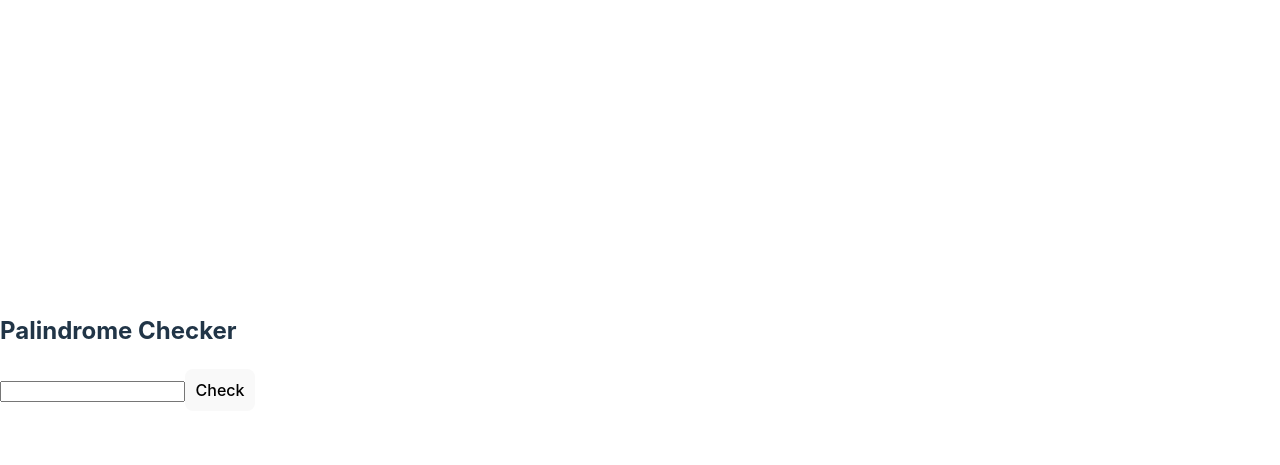
Repository: devblackie/palindrome
Page: /
These files come from the project's save history. The page is drawn as it stood at one moment and after the next save; the edit follows.
The browser window is 1280 px wide. The pictures show the whole page.
The project was rebuilt for these pictures with package versions that can differ from the ones it lists, and the page was loaded fresh each time. Also part of the build but not shown: vite.config.js.

Above is the page before, as saved 2023-08-22 15:29:24.

### index.html
<!doctype html>
<html lang="en">
  <head>
    <meta charset="UTF-8" />
    <link rel="icon" type="image/svg+xml" href="/vite.svg" />
    <meta name="viewport" content="width=device-width, initial-scale=1.0" />
    <title>Palindrome Checker</title>
  </head>
  <body>
    <div id="root"></div>
    <script type="module" src="/src/main.jsx"></script>
  </body>
</html>

### src/App.jsx
import React, { useState } from 'react';

function App() {
  const [inputText, setInputText] = useState('');
  const [result, setResult] = useState('');

  const checkPalindrome = (input) => {
    const reversed = input.split('').reverse().join('');
    if (input === reversed) {
      return true;
    } else {
      setResult(reversed);
      return false;
    }
  };

  const handleInputChange = (event) => {
    setInputText(event.target.value);
  };

  const handleSubmit = (event) => {
    event.preventDefault();
    const isPalindrome = checkPalindrome(inputText);
    if (isPalindrome) {
      setResult('It is a palindrome!');
    }
  };

  return (
    <div>
      <h2>Palindrome Checker</h2>
      <form onSubmit={handleSubmit}>
        <input type="text" value={inputText} onChange={handleInputChange} />
        <button type="submit">Check</button>
      </form>
      <p>{result}</p>
    </div>
  );
}

export default App;

### src/index.css
:root {
  font-family: Inter, system-ui, Avenir, Helvetica, Arial, sans-serif;
  line-height: 1.5;
  font-weight: 400;

  color-scheme: light dark;
  color: rgba(255, 255, 255, 0.87);
  background-color: #242424;

  font-synthesis: none;
  text-rendering: optimizeLegibility;
  -webkit-font-smoothing: antialiased;
  -moz-osx-font-smoothing: grayscale;
  -webkit-text-size-adjust: 100%;
}

a {
  font-weight: 500;
  color: #646cff;
  text-decoration: inherit;
}
a:hover {
  color: #535bf2;
}

body {
  margin: 0;
  display: flex;
  place-items: center;
  min-width: 320px;
  min-height: 100vh;
}

h1 {
  font-size: 3.2em;
  line-height: 1.1;
}

button {
  border-radius: 8px;
  border: 1px solid transparent;
  padding: 0.6em 0.6em;
  font-size: 1em;
  font-weight: 500;
  font-family: inherit;
  background-color: #1a1a1a;
  cursor: pointer;
  transition: border-color 0.25s;
}
button:hover {
  color:#d4c433;
}
button:focus,
button:focus-visible {
  outline: 4px auto transparent;
}

@media (prefers-color-scheme: light) {
  :root {
    color: #213547;
    background-color: #ffffff;
  }
  a:hover {
    color: #747bff;
  }
  button {
    background-color: #f9f9f9;
  }
}

Loaded but not shown: src/main.jsx (common file)

After the next save:
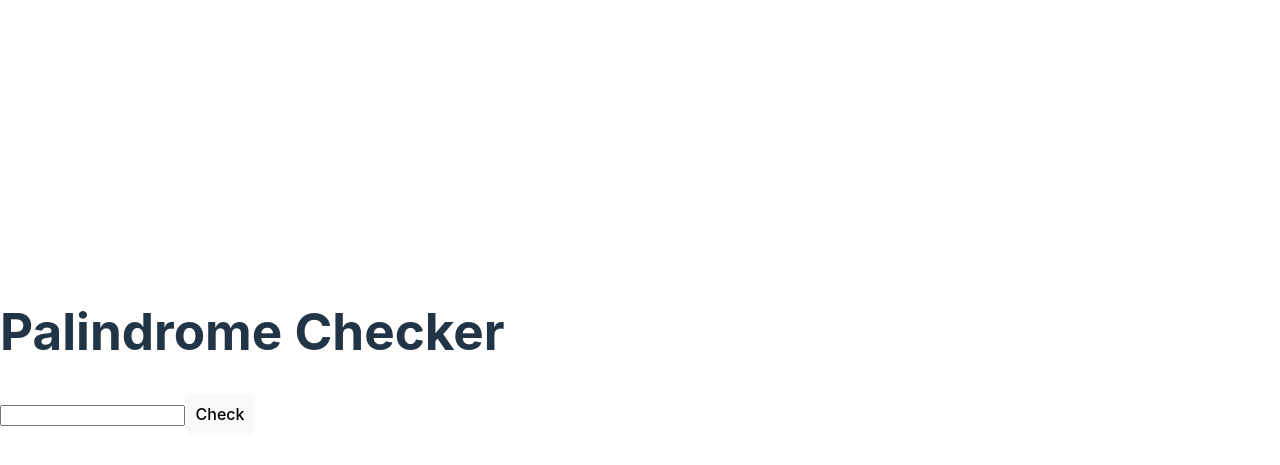
Saved 44 min 53 s later.
--- a/src/App.jsx
+++ b/src/App.jsx
@@ -7,10 +7,9 @@
   const checkPalindrome = (input) => {
     const reversed = input.split('').reverse().join('');
     if (input === reversed) {
-      return true;
+      setResult('It is a palindrome!');
     } else {
       setResult(reversed);
-      return false;
     }
   };
 
@@ -20,20 +19,28 @@
 
   const handleSubmit = (event) => {
     event.preventDefault();
-    const isPalindrome = checkPalindrome(inputText);
-    if (isPalindrome) {
-      setResult('It is a palindrome!');
-    }
+    checkPalindrome(inputText);
   };
 
   return (
     <div>
-      <h2>Palindrome Checker</h2>
+      <h1>Palindrome Checker</h1>
       <form onSubmit={handleSubmit}>
         <input type="text" value={inputText} onChange={handleInputChange} />
         <button type="submit">Check</button>
       </form>
-      <p>{result}</p>
+      <p>
+        {result === '' ? null : (
+          <span>
+            <span style={{ color: 'green' }}>
+              {result === 'It is a palindrome!' ? result : null}
+            </span>
+            <span style={{ color: result !== 'It is a palindrome!' ? 'red' : 'black' }}>
+              {result !== 'It is a palindrome!' ? result : null}
+            </span>
+          </span>
+        )}
+      </p>
     </div>
   );
 }

After the 3 saves that followed:
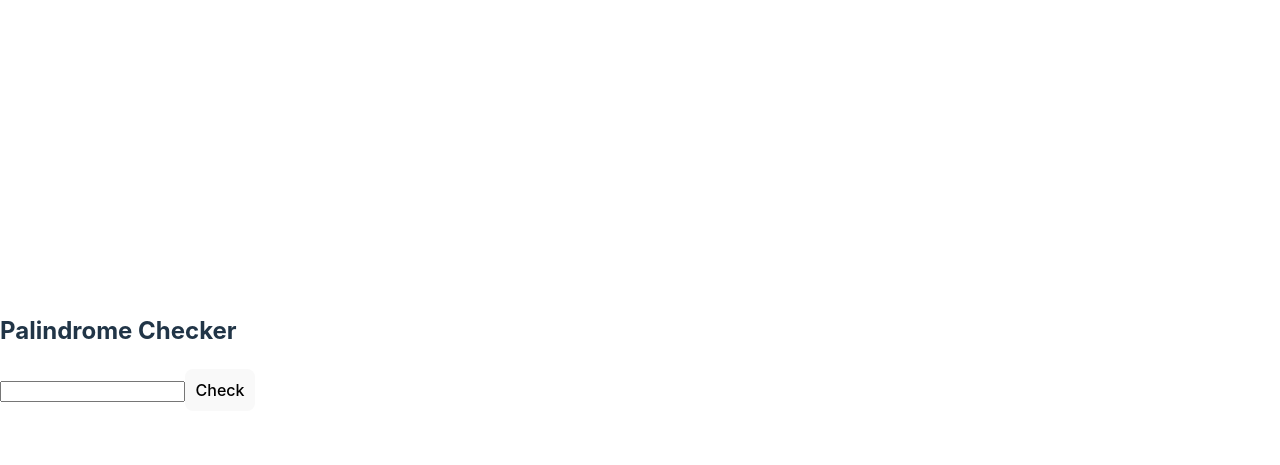
The 3 saves are shown as one change because 1 left the picture as it was and some came seconds apart.
The last was saved 5 min 1 s later.
--- a/src/App.jsx
+++ b/src/App.jsx
@@ -24,7 +24,7 @@
 
   return (
     <div>
-      <h1>Palindrome Checker</h1>
+      <h2>Palindrome Checker</h2>
       <form onSubmit={handleSubmit}>
         <input type="text" value={inputText} onChange={handleInputChange} />
         <button type="submit">Check</button>
--- a/src/index.css
+++ b/src/index.css
@@ -24,7 +24,7 @@ a:hover {
 }
 
 body {
-  margin: 0;
+  margin: auto;
   display: flex;
   place-items: center;
   min-width: 320px;
